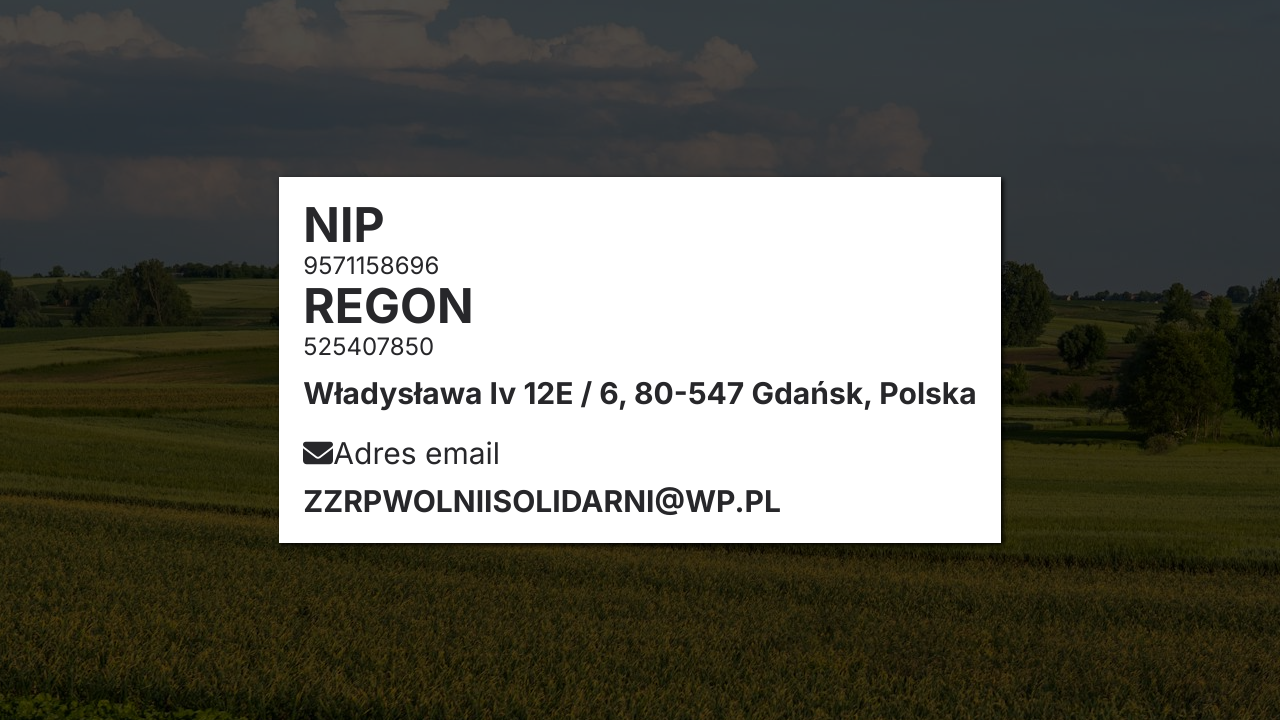
Repository: wesiudev/ZZRPWiS
Page: /kontakt
The author's editor kept a copy of each file at every save. The page is drawn from the files as they stood at one save, then again after the next save.
The browser window is 1280 px wide. The pictures show the whole page.
The project was rebuilt for these pictures with package versions that can differ from the ones it lists, and the page was loaded fresh each time. The framework's server and built-in components were replaced by stand-ins that run in the browser. Also part of the build but not shown: next.config.mjs.

Above is the page before, as saved 2024-08-09 22:50:25.

### src/app/layout.tsx
import { Inter } from "next/font/google";
import "./globals.css";
import { Cardo } from "next/font/google";
const cardo = Cardo({
  weight: ["400", "700"],
  style: ["normal", "italic"],
  subsets: ["latin"],
  display: "swap",
  variable: "--font-cardo",
});
const inter = Inter({ subsets: ["latin"] });

export default function RootLayout({
  children,
}: Readonly<{
  children: React.ReactNode;
}>) {
  return (
    <html lang="pl">
      <body
        className={`bg-gradient-to-r from-green-800 via-green-500 to-green-800 ${inter.className} ${cardo.variable}`}
      >
        {children}
      </body>
    </html>
  );
}

### src/app/kontakt/page.tsx
import Link from "next/link";
import { FaEnvelope } from "react-icons/fa6";

export default function Page() {
  return (
    <div className="bg-heroBG h-screen w-full bg-center bg-no-repeat">
      <div className="flex items-center justify-center fixed h-screen w-full left-0 top-0 bg-black bg-opacity-70">
        <div
          className="bg-white p-6"
          style={{ boxShadow: "2px 2px 5px #000000" }}
        >
          <ul className="text-zinc-800">
            <li className="text-2xl">
              <span className="text-5xl font-bold">NIP</span> <br /> 9571158696{" "}
            </li>
            <li className="text-2xl">
              <span className="text-5xl font-bold">REGON</span> <br /> 525407850{" "}
            </li>
          </ul>
          <h2 className="text-3xl font-bold mt-3 text-zinc-800">
            Władysława Iv 12E / 6, 80-547 Gdańsk, Polska
          </h2>
          <div className="flex items-center text-3xl text-zinc-800 mt-6">
            <FaEnvelope /> Adres email
          </div>
          <div className="flex items-center text-3xl mt-3 text-zinc-800 font-bold">
            ZZRPWOLNIISOLIDARNI@WP.PL
          </div>
        </div>
      </div>
    </div>
  );
}

### src/app/globals.css
@tailwind base;
@tailwind components;
@tailwind utilities;

:root {
  --foreground-rgb: 0, 0, 0;
  --background-start-rgb: 214, 219, 220;
  --background-end-rgb: 255, 255, 255;
}

@media (prefers-color-scheme: dark) {
  :root {
    --foreground-rgb: 255, 255, 255;
    --background-start-rgb: 0, 0, 0;
    --background-end-rgb: 0, 0, 0;
  }
}
.smallCaps {
  font-variant: small-caps;
}
body {
  color: rgb(var(--foreground-rgb));
  background: linear-gradient(
      to bottom,
      transparent,
      rgb(var(--background-end-rgb))
    )
    rgb(var(--background-start-rgb));
}

@layer utilities {
  .text-balance {
    text-wrap: balance;
  }
}

### tailwind.config.ts
import type { Config } from "tailwindcss";

const config: Config = {
  content: [
    "./src/pages/**/*.{js,ts,jsx,tsx,mdx}",
    "./src/components/**/*.{js,ts,jsx,tsx,mdx}",
    "./src/app/**/*.{js,ts,jsx,tsx,mdx}",
  ],
  theme: {
    extend: {
      fontFamily: {
        cardo: ["var(--font-cardo)"],
      },
      backgroundImage: {
        heroBG: "url('/assets/heroBG.jpg')",
        "gradient-radial": "radial-gradient(var(--tw-gradient-stops))",
        "gradient-conic":
          "conic-gradient(from 180deg at 50% 50%, var(--tw-gradient-stops))",
      },
    },
  },
  plugins: [],
};
export default config;

After the next save:
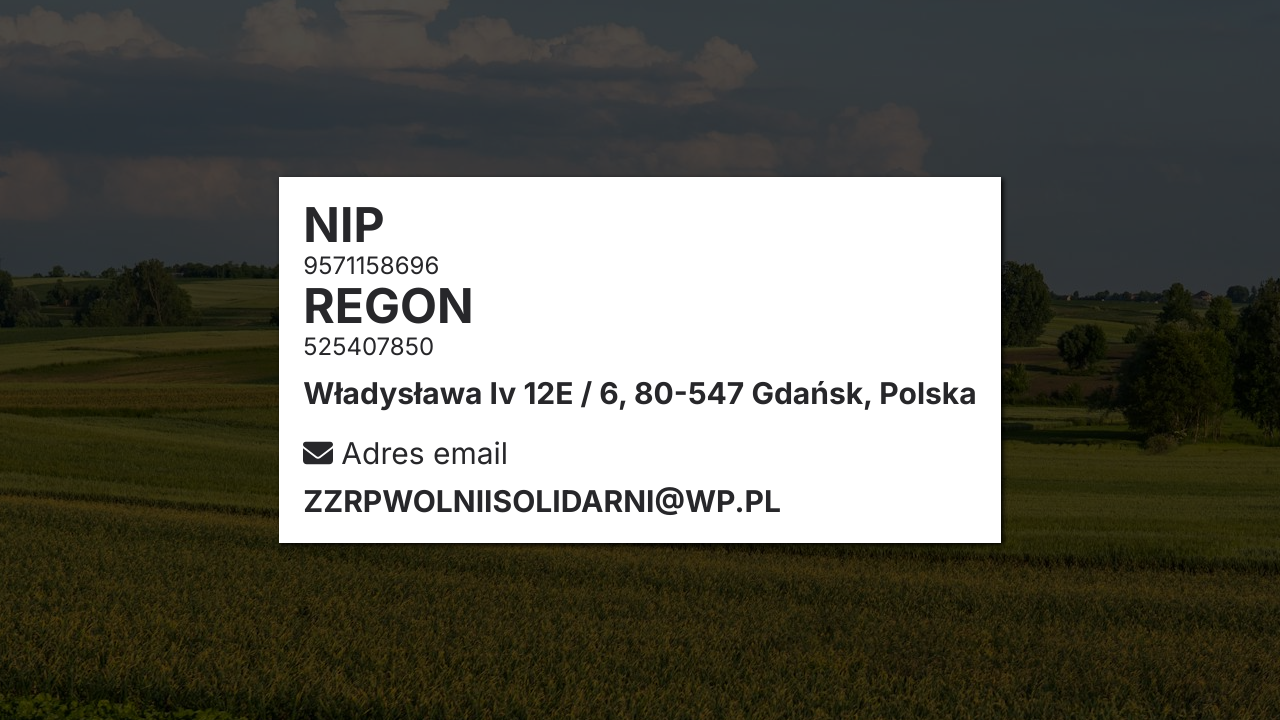
Saved 7 s later.
--- a/src/app/kontakt/page.tsx
+++ b/src/app/kontakt/page.tsx
@@ -21,7 +21,7 @@
             Władysława Iv 12E / 6, 80-547 Gdańsk, Polska
           </h2>
           <div className="flex items-center text-3xl text-zinc-800 mt-6">
-            <FaEnvelope /> Adres email
+            <FaEnvelope className="mr-2" /> Adres email
           </div>
           <div className="flex items-center text-3xl mt-3 text-zinc-800 font-bold">
             ZZRPWOLNIISOLIDARNI@WP.PL
